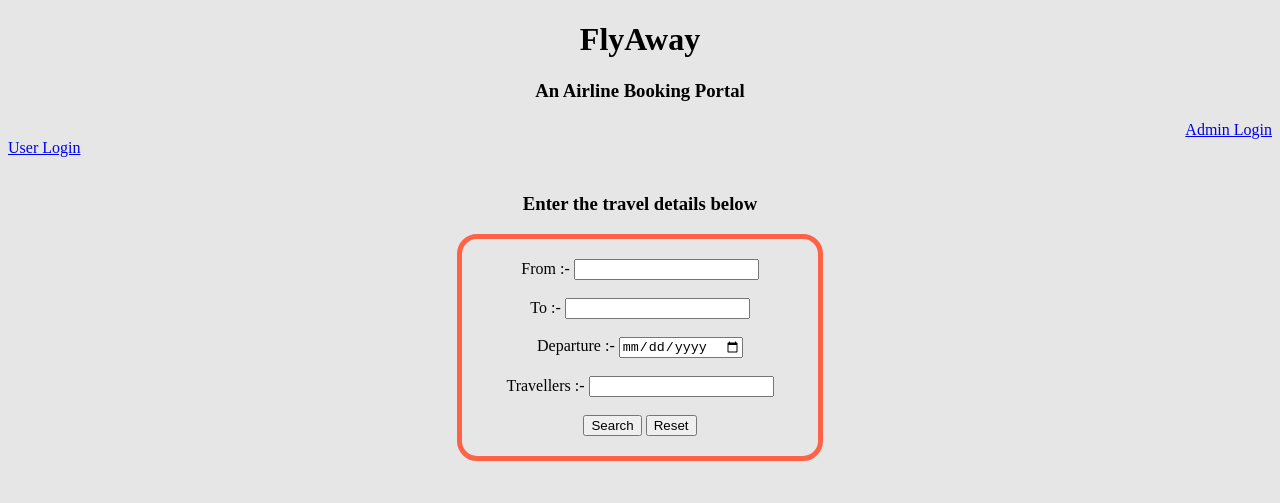
Repository: badrilogaram/Phase-two-project
Page: http://localhost/FlyAway-master/HomePage.jsp
These files come from the project's save history. The page is drawn as it stood at one moment and after the next save; the edit follows.
The browser window is 1280 px wide. The pictures show the whole page.
The page is served by Tomcat 9.

Above is the page before, as saved 2021-05-27 22:58:38.

After the next save:
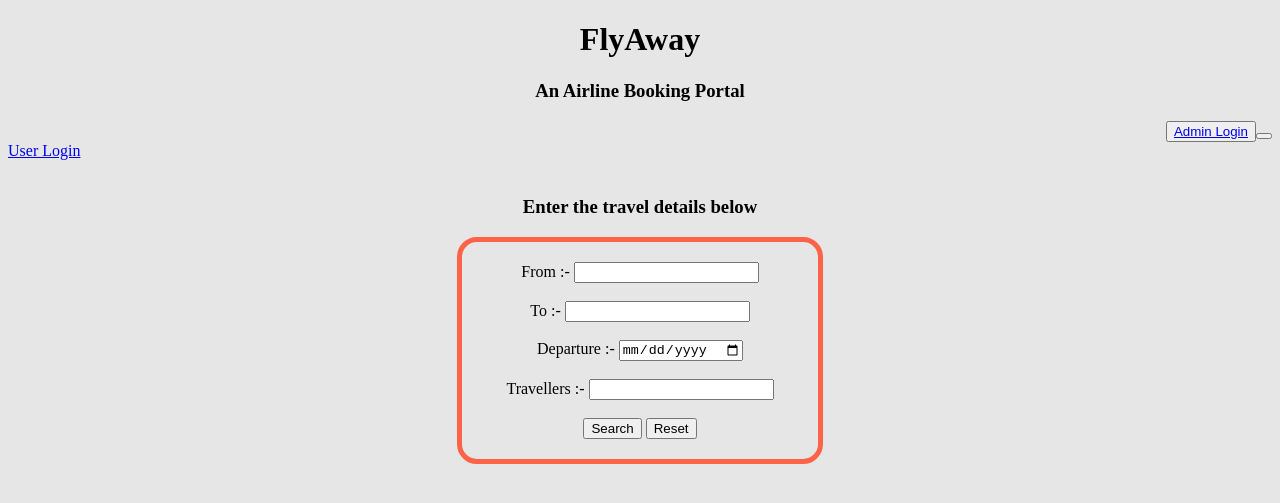
Saved 14 s later.
--- a/FlyAway-master/src/main/webapp/HomePage.jsp
+++ b/FlyAway-master/src/main/webapp/HomePage.jsp
@@ -11,8 +11,9 @@
 <h1><center>FlyAway</center></h1>
 <h3><center>An Airline Booking Portal</center></h3>
 
-<div align="right">
+<div align="right"><button>
 <a href="AdminPage.jsp">Admin Login</a>
+<button>
 </div>
 
 <%

After the save that followed:
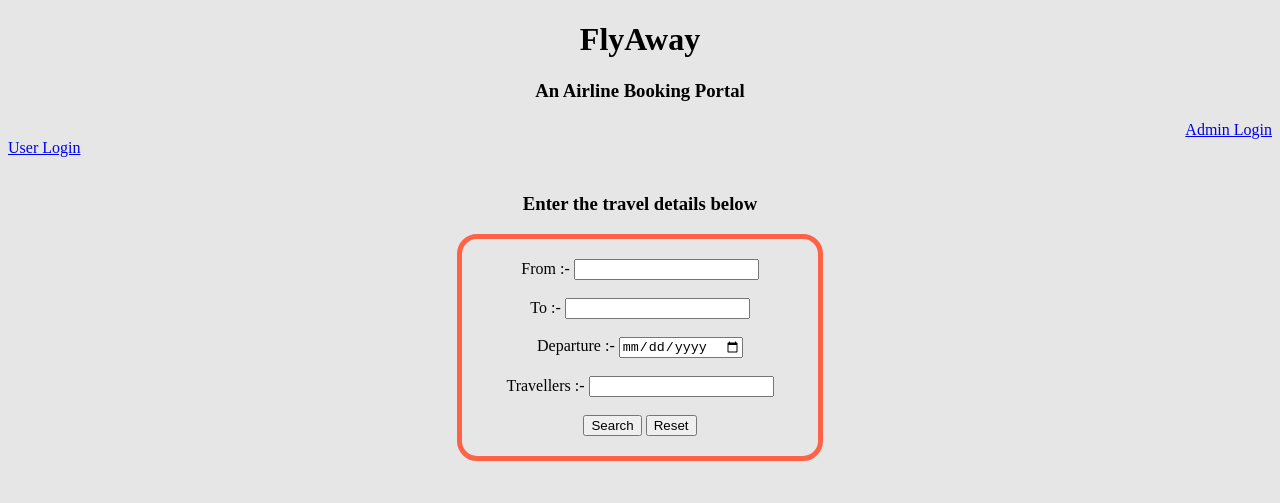
Saved 16 s later.
--- a/FlyAway-master/src/main/webapp/HomePage.jsp
+++ b/FlyAway-master/src/main/webapp/HomePage.jsp
@@ -11,9 +11,8 @@
 <h1><center>FlyAway</center></h1>
 <h3><center>An Airline Booking Portal</center></h3>
 
-<div align="right"><button>
+<div align="right">
 <a href="AdminPage.jsp">Admin Login</a>
-<button>
 </div>
 
 <%
